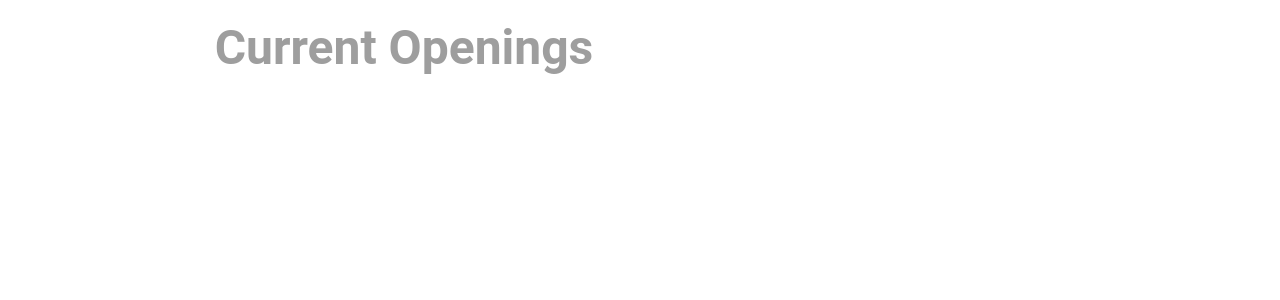
Repository: samihankuttan/technorix
Page: / (app in interview-test/)
These files come from the project's save history. The page is drawn as it stood at one moment and after the next save; the edit follows.
The browser window is 1280 px wide. The pictures show the whole page.
The project was rebuilt for these pictures with package versions that can differ from the ones it lists, and the page was loaded fresh each time.

Above is the page before, as saved 2022-07-20 22:39:59.

### interview-test/src/App.js
import './App.css';
import {Box,Grid,Typography} from '@mui/material';

function App() {
  return (
    <>
      <Box sx={{ flexGrow: 1 }}>
        <Grid container spacing={1}>
          <Grid item xs={12} sm={12} md={2} lg={2}></Grid>
          <Grid item xs={12} sm={12} md={8} lg={8}>
            <div style={{height:20}}>&nbsp;</div>
            <Grid container spacing={1}>
              <Grid item xs={12} sm={12} md={12} lg={12}>
                <Typography variant="h3" gutterBottom component="div" className='title1'>
                  Current Openings
                </Typography>
              </Grid>
            </Grid>


          </Grid>
          <Grid item xs={12} sm={12} md={2} lg={2}></Grid>
        </Grid>
      </Box>
    </>
  );
}

export default App;

### interview-test/src/App.css
.title1{
  letter-spacing: 1;
  font-weight: bold !important;
  color: #9e9e9e !important;
}

Loaded but not shown: interview-test/public/index.html (common file); interview-test/src/index.js (common file); interview-test/src/index.css (common file); interview-test/src/reportWebVitals.js (common file)

After the next save:
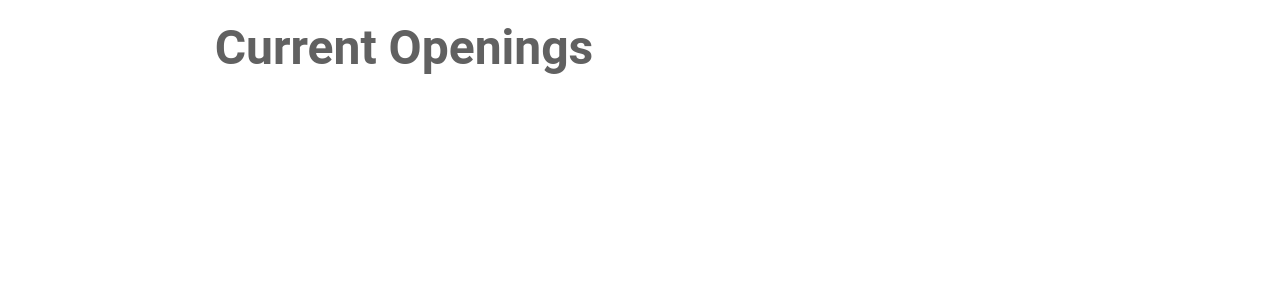
Saved 21 s later.
--- a/interview-test/src/App.css
+++ b/interview-test/src/App.css
@@ -1,5 +1,5 @@
 .title1{
   letter-spacing: 1;
   font-weight: bold !important;
-  color: #9e9e9e !important;
+  color: #616161 !important;
 }
